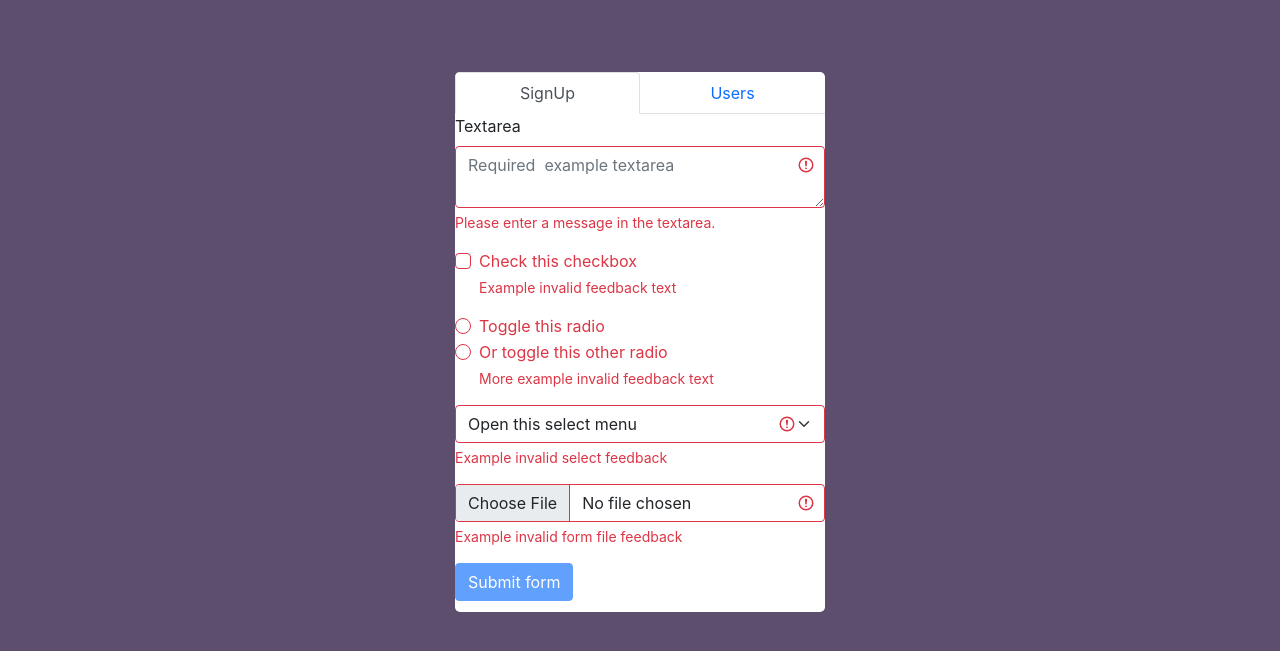
Repository: asadalibest1/SignUp-from
Page: /
The author's editor kept a copy of each file at every save. The page is drawn from the files as they stood at one save, then again after the next save.
The browser window is 1280 px wide. The pictures show the whole page.
The project was rebuilt for these pictures with package versions that can differ from the ones it lists, and the page was loaded fresh each time. Also part of the build but not shown: src/components/SignUp/SignUp.css, src/components/Users/Users.css.

Above is the page before, as saved 2021-02-06 21:54:32.

After the next save:
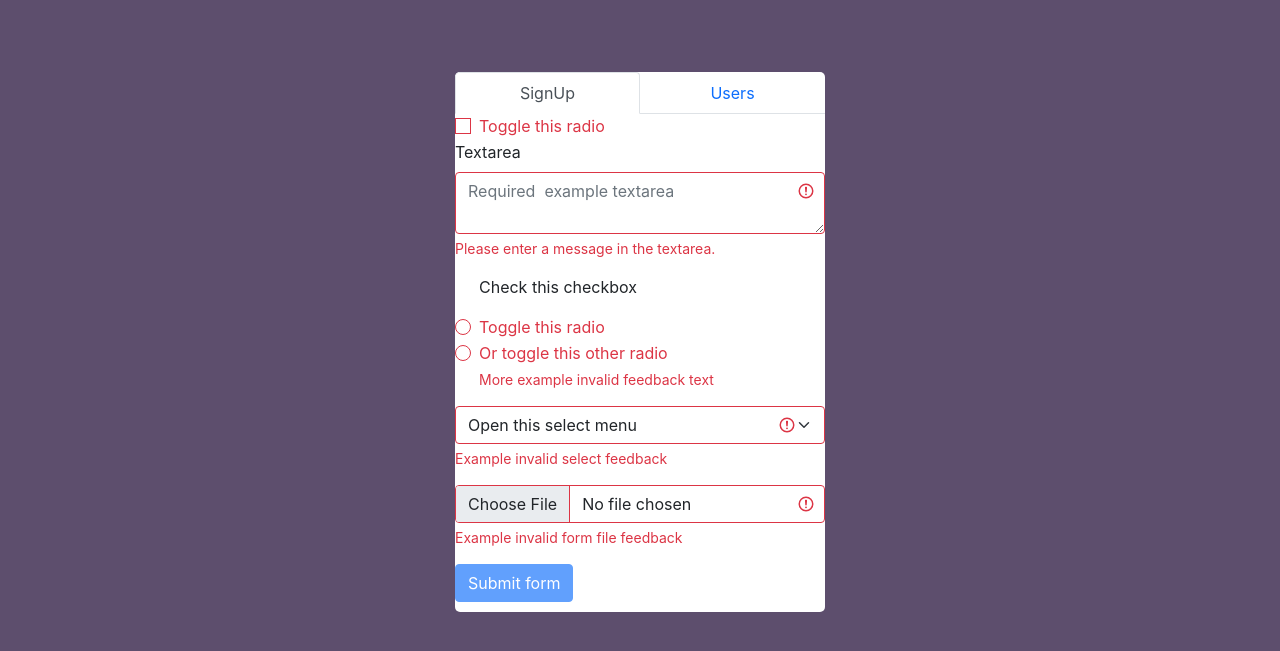
Saved 2 min 11 s later.
--- a/src/components/SignUp/SignUp.js
+++ b/src/components/SignUp/SignUp.js
@@ -6,6 +6,12 @@ export default function SignUp() {
         <div>
 
 <form className="was-validated">
+
+<div className="form-check">
+    <input type="name" className="form-check-input" id="validationFormCheck2" name="name-stacked" required />
+    <label className="form-check-label" for="validationFormCheck2">Toggle this radio</label>
+  </div>
+
 
 
   <div className="mb-3">
@@ -20,7 +26,6 @@ export default function SignUp() {
 
 
   <div className="form-check mb-3">
-    <input type="checkbox" className="form-check-input" id="validationFormCheck1" required />
     <label className="form-check-label" for="validationFormCheck1">Check this checkbox</label>
     <div className="invalid-feedback">Example invalid feedback text</div>
   </div>
